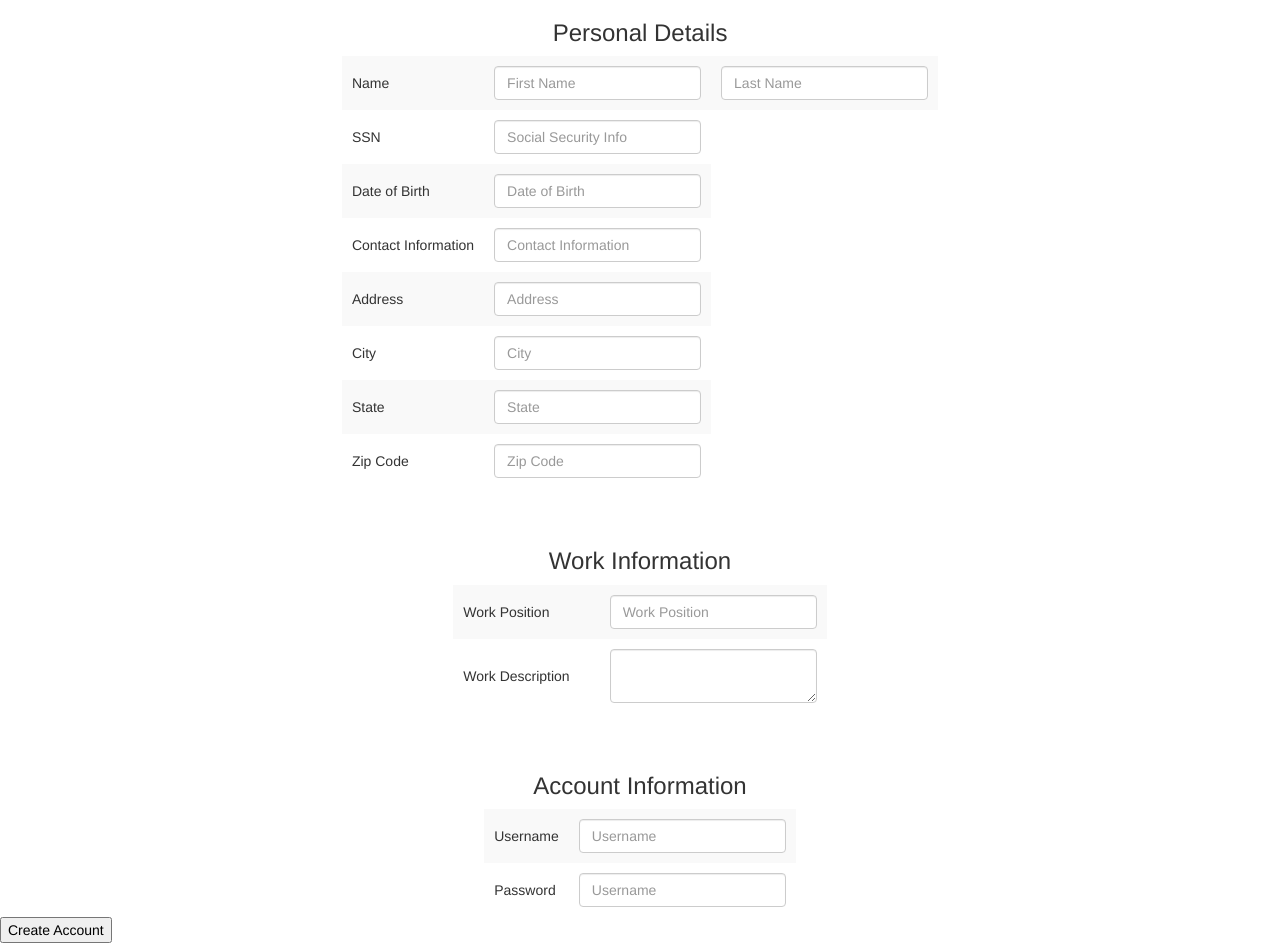
Repository: harshadrane89/CMPE273-WebService-AirlineManagement
Page: http://localhost/AirlineManagementSystemClient/TwitterGUI/CreateEmployee.jsp
These files come from the project's save history. The page is drawn as it stood at one moment and after the next save; the edit follows.
The browser window is 1280 px wide. The pictures show the whole page.
The page is served by Tomcat 9. Other server files are loaded and not shown.

Above is the page before, as saved 2013-12-08 06:43:36.

### 273_Project_Tomcat/AirlineManagementSystemClient/WebContent/TwitterGUI/CreateEmployee.jsp
<%@page import="com.airlinemgmt.beans.AirlineEmployee"%>
<%@ page language="java" contentType="text/html; charset=ISO-8859-1"
	pageEncoding="ISO-8859-1"%>
<!DOCTYPE html PUBLIC "-//W3C//DTD HTML 4.01 Transitional//EN" "http://www.w3.org/TR/html4/loose.dtd">
<html>
<head>
<meta http-equiv="Content-Type" content="text/html; charset=ISO-8859-1">
<title></title>
<link href="../css/bootstrap.min.css" rel="stylesheet" media="screen">
</head>
<body>
	<form action="">
	<%
	AirlineEmployee emp=new AirlineEmployee();
	if (session.getAttribute("empObj")!=null)
	{
		emp=(AirlineEmployee)session.getAttribute("empObj");
	}
		%>
		<center>
			<h3>Personal Details</h3>

			<table cellpadding="10px" cellspacing="10px" class="table-striped">
				<tr>
					<td>Name</td>
					<td><input type="text" placeholder="First Name" name="fName"
						value="<%=emp.getfName()!=null?emp.getfName():""%>" class="form-control" required="true"></td>
					<td><input type="text" placeholder="Last Name" name="lName"
						value="<%=emp.getlName()!=null?emp.getlName():""%>" class="form-control" required="true"></td>
				</tr>
				<tr>
					<td>SSN</td>
					<td><input type="text" placeholder="Social Security Info"
						name="ssn" value="<%=emp.getSSN()!=null?emp.getSSN():""%>" class="form-control" required="true"></td>
				</tr>
				<tr>
					<td>Date of Birth</td>
					<td><input type="text" placeholder="Date of Birth" name="dob" value="<%=emp.getDob()!=null?emp.getDob():""%>" class="form-control" required="true">
					</td>
				</tr>
				<tr>
					<td>Contact Information</td>
					<td><input type="text" placeholder="Contact Information"
						name="cInfo" value="<%=emp.getContactNo()!=null?emp.getContactNo():""%>" class="form-control" required="true"></td>
				</tr>
				<tr>
					<td>Address</td>
					<td><input type="text" placeholder="Address" name="address" value="<%=emp.getAddress()!=null?emp.getAddress():""%>" class="form-control">
					</td>
				</tr>
				<tr>
					<td>City</td>
					<td><input type="text" placeholder="City" name="city" value="<%=emp.getCity()!=null?emp.getCity():""%>" class="form-control">
					</td>
				</tr>
				<tr>
					<td>State</td>
					<td><input type="text" placeholder="State" name="state" value="<%=emp.getState()!=null?emp.getState():""%>" class="form-control">
					</td>
				</tr>
				<tr>
					<td>Zip Code</td>
					<td><input type="text" placeholder="Zip Code" name="zip" value="<%=emp.getZipCode()!=null?emp.getZipCode():""%>" class="form-control">
					</td>
				</tr>
			</table>

	</center>
	<br>
	<br>

	<center>
		<h3>Work Information</h3>
		<table cellpadding="10px" cellspacing="10px" class="table-striped">
			<tr>
				<td>Work Position</td>
				<td>
				<td>
				<input type="text" placeholder="Work Position" name="wTitle" value="<%=emp.getPosition()!=null?emp.getPosition():""%>" class="form-control">
				</td>
			</tr>
			<tr>
				<td>Work Description</td>
				<td>
				<td><textarea placeholder="Work Description" name="wDesc" value="<%=emp.getWorkDesc()!=null?emp.getWorkDesc():""%>" class="form-control">
					</textarea></td>
			</tr>

		</table>
	</center>
	<br>
	<br>

	<center>
		<h3>Account Information</h3>
		<table cellpadding="10px" cellspacing="10px" class="table-striped" class=" form-control">
			<tr>
				<td>
					Username
				</td>
				<td>
					<input type="text" placeholder="Username" name="uName" value="<%=emp.getUserName()!=null?emp.getUserName():""%>" class="form-control">
				</td>
			</tr>
			<tr>
				<td>
					Password
				</td>
				<td>
					<input type="password" placeholder="Username" name="uPasswd" value="<%=emp.getPassword()!=null?emp.getPassword():""%>" class="form-control">
				</td>
			</tr>
		</table>
	</center>
	<input type="submit" value="Create Account">
	</form>
</body>
</html>

### 273_Project_Tomcat/AirlineManagementSystemClient/src/com/airlinemgmt/beans/Person.java
package com.airlinemgmt.beans;

import java.io.Serializable;

public class Person implements Serializable{

	/**
	 *
	 */
	private static final long serialVersionUID = 1L;
	private int personId;
	private String fName;
	private String lName;
	private String address;
	private String city;
	private String state;
	private String zipCode;
	private String dob;
	private int isActive;
	private String roleId;
	private String contactNo;
	private String password;
	private String userName;

	public String getPassword() {
		return password;
	}
	public void setPassword(String password) {
		this.password = password;
	}
	public String getUserName() {
		return userName;
	}
	public void setUserName(String username) {
		this.userName = username;
	}
	public String getContactNo() {
		return contactNo;
	}
	public void setContactNo(String contactNo) {
		this.contactNo = contactNo;
	}
	public int getPersonId() {
		return personId;
	}
	public void setPersonId(int personId) {
		this.personId = personId;
	}
	public String getfName() {
		return fName;
	}
	public void setfName(String fName) {
		this.fName = fName;
	}
	public String getlName() {
		return lName;
	}
	public void setlName(String lName) {
		this.lName = lName;
	}
	public String getAddress() {
		return address;
	}
	public void setAddress(String address) {
		this.address = address;
	}
	public String getCity() {
		return city;
	}
	public void setCity(String city) {
		this.city = city;
	}
	public String getState() {
		return state;
	}
	public void setState(String state) {
		this.state = state;
	}
	public String getZipCode() {
		return zipCode;
	}
	public void setZipCode(String zipCode) {
		this.zipCode = zipCode;
	}
	public String getDob() {
		return dob;
	}
	public void setDob(String dob) {
		this.dob = dob;
	}
	public int getIsActive() {
		return isActive;
	}
	public void setIsActive(int isActive) {
		this.isActive = isActive;
	}
	public String getRoleId() {
		return roleId;
	}
	public void setRoleId(String roleId) {
		this.roleId = roleId;
	}


}

### 273_Project_Tomcat/AirlineManagementSystemClient/src/com/airlinemgmt/beans/AirlineEmployee.java
package com.airlinemgmt.beans;

import java.io.Serializable;

public class AirlineEmployee extends Person implements Serializable {

	/**
	 *
	 */
	private static final long serialVersionUID = 1L;
	private String empId;
	private String workDesc;
	private String hireDate;
	private String position;
	private String SSN;

	public String getSSN() {
		return SSN;
	}

	public void setSSN(String sSN) {
		SSN = sSN;
	}

	public String getEmpId() {
		return empId;
	}

	public void setEmpId(String empId) {
		this.empId = empId;
	}

	public String getWorkDesc() {
		return workDesc;
	}

	public void setWorkDesc(String workDesc) {
		this.workDesc = workDesc;
	}

	public String getHireDate() {
		return hireDate;
	}

	public void setHireDate(String hireDate) {
		this.hireDate = hireDate;
	}

	public String getPosition() {
		return position;
	}

	public void setPosition(String position) {
		this.position = position;
	}

}

Loaded but not shown: 273_Project_Tomcat/AirlineManagementSystemClient/WebContent/css/bootstrap.min.css (library)

After the next save:
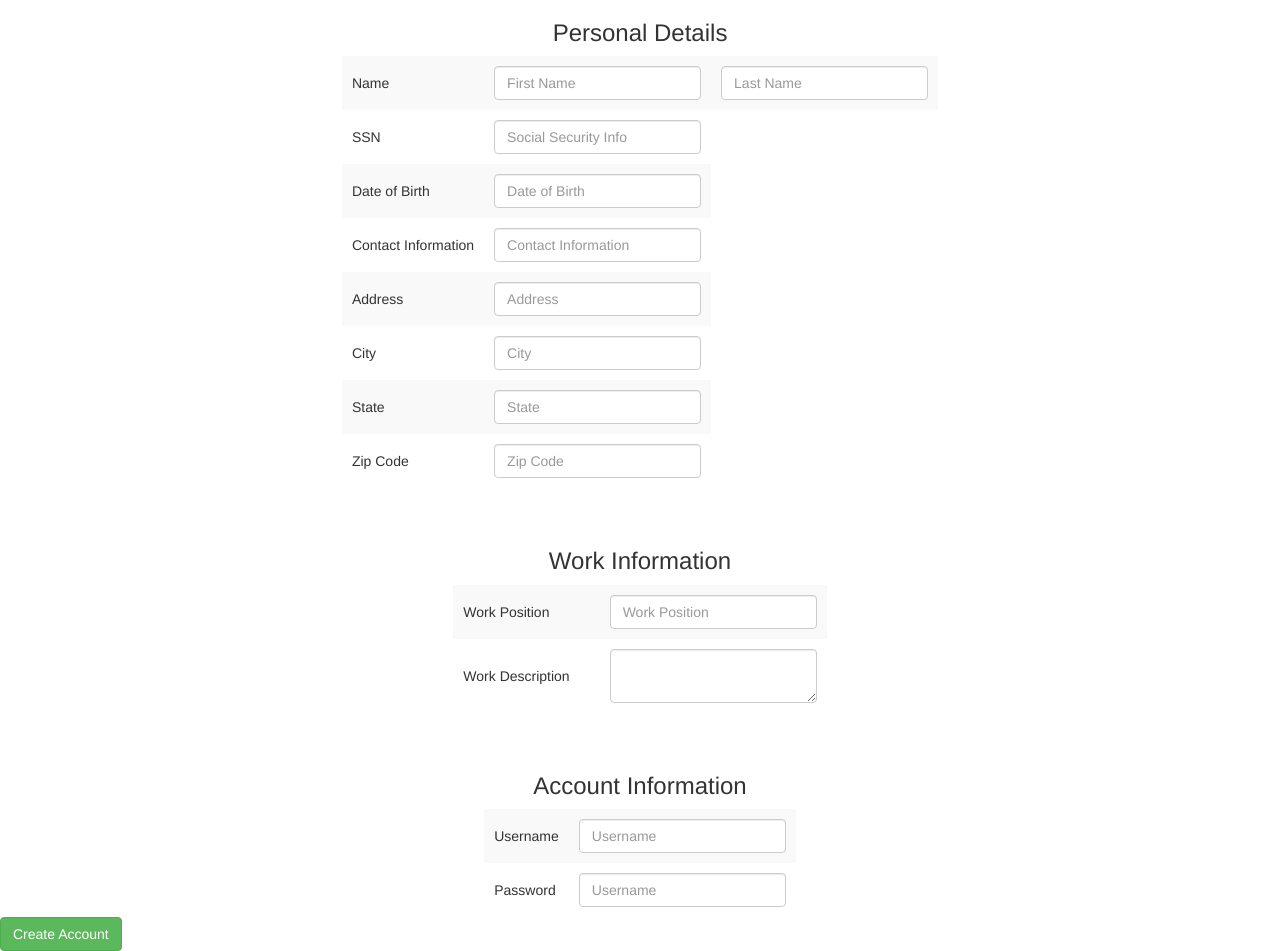
Saved 27 s later.
--- a/273_Project_Tomcat/AirlineManagementSystemClient/WebContent/TwitterGUI/CreateEmployee.jsp
+++ b/273_Project_Tomcat/AirlineManagementSystemClient/WebContent/TwitterGUI/CreateEmployee.jsp
@@ -112,7 +112,7 @@
 			</tr>
 		</table>
 	</center>
-	<input type="submit" value="Create Account">
+	<input type="submit" value="Create Account" class="btn btn-success">
 	</form>
 </body>
 </html>
